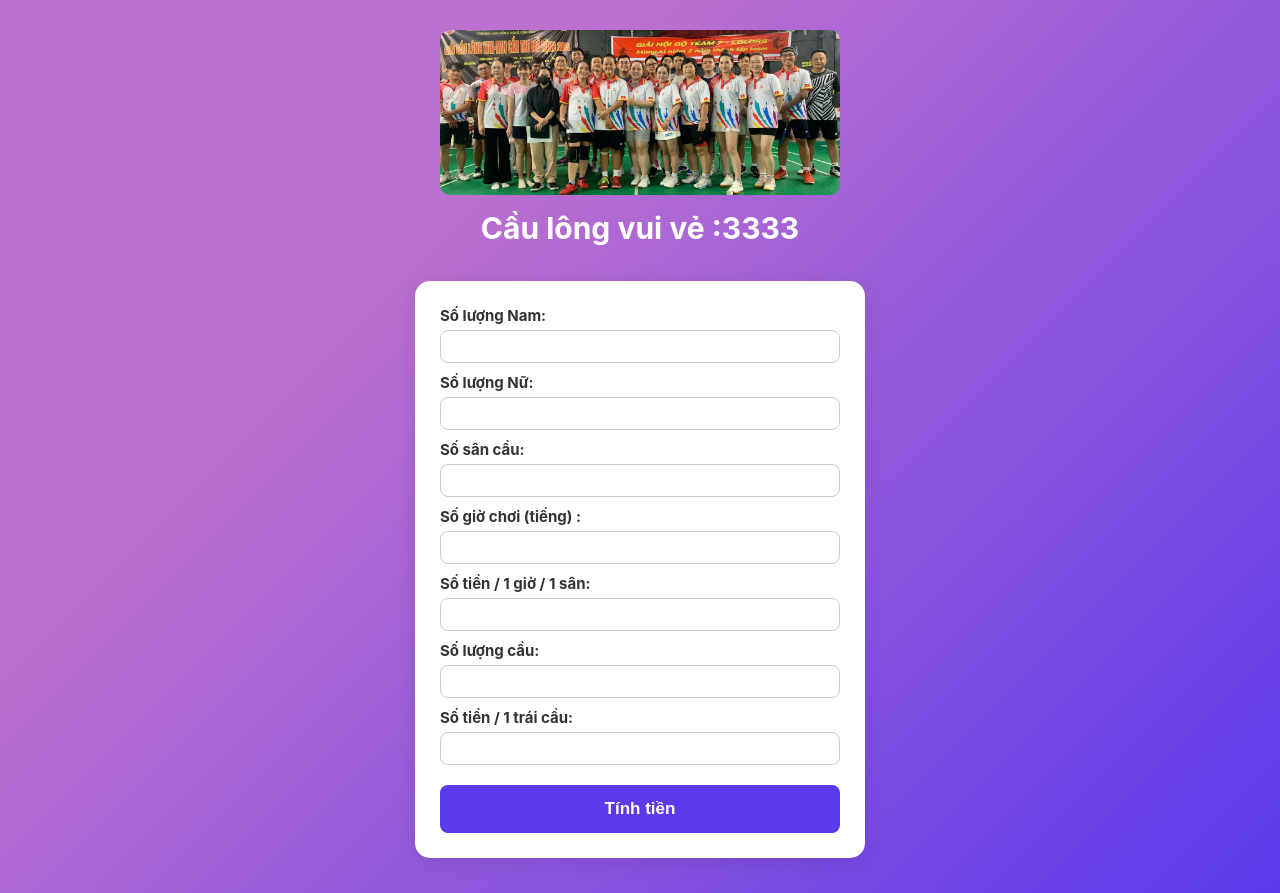
Repository: LuongPTCE181311/Badminton
Page: index.html
The author's editor kept a copy of each file at every save. The page is drawn from the files as they stood at one save, then again after a run of saves.
The browser window is 1280 px wide. The pictures show the whole page.

Above is the page before, as saved 2025-12-08 00:58:05.

After the next 3 saves:
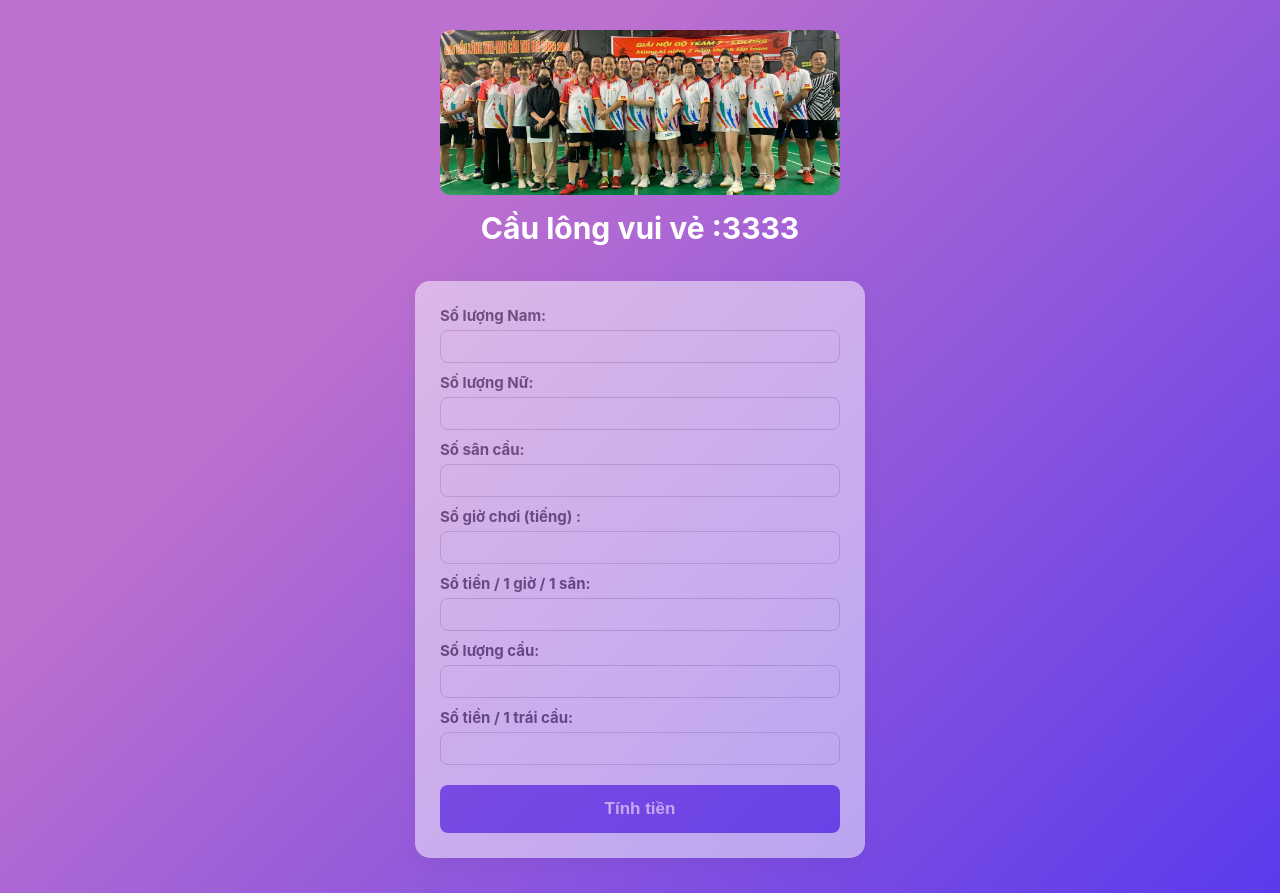
The 3 saves are shown as one change because they came seconds apart.
The last was saved 8 s later.
--- a/assets/css/style.css
+++ b/assets/css/style.css
@@ -57,7 +57,7 @@
   padding: 25px;
   border-radius: 15px;
   box-shadow: 0 4px 20px rgba(0, 0, 0, 0.1);
-  oba
+  opacity: 0.5;
 }
 
 label {
